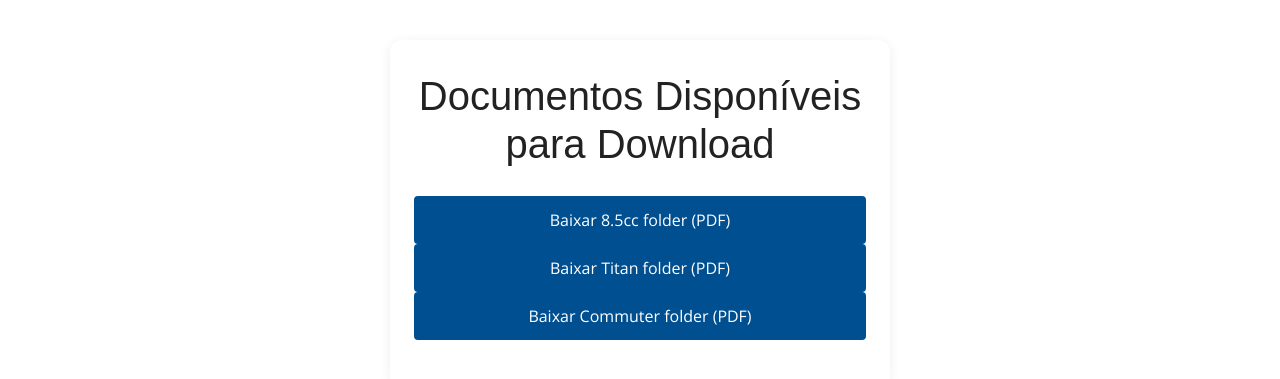
Repository: JamesOliveira1/Project-MastroWebSite
Page: assets/contents/documents.html
The author's editor kept a copy of each file at every save. The page is drawn from the files as they stood at one save, then again after the next save.
The browser window is 1280 px wide. The pictures show the whole page.
Some web fonts or font styles are not loaded; a fallback is used.

Above is the page before, as saved 2025-06-30 13:27:20.

After the next save:
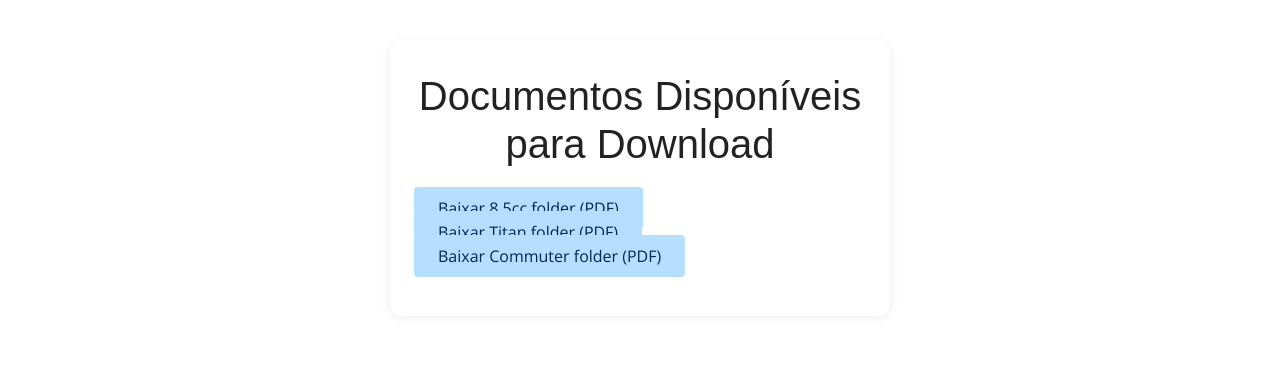
Saved 51 s later.
--- a/assets/contents/documents.html
+++ b/assets/contents/documents.html
@@ -39,6 +39,18 @@
             list-style: none;
             padding: 0;
         }
+        #botaodocumentlist {
+            background: #b6dfff;
+            border: 0;
+            padding: 10px 24px;
+            color: #04284d;
+            transition: 0.4s;
+            border-radius: 4px;
+        }
+        #botaodocumentlist:hover {
+            color: #fff;
+            background: #004f91;
+        }
     </style>
 </head>
 <body>
@@ -46,17 +58,17 @@
         <h1>Documentos Disponíveis para Download</h1>
         <ul class="documents-list">
             <li>
-                <a href="./85cc.pdf" download class="btn btn-primary btn-large botaoorçarmento nav-link scrollto" role="button">
+                <a href="./85cc.pdf" download id="botaodocumentlist" role="button">
                     Baixar 8.5cc folder (PDF)
                 </a>
             </li>
             <li>
-                <a href="./titancc.pdf" download class="btn btn-primary btn-large botaoorçarmento nav-link scrollto" role="button">
+                <a href="./titancc.pdf" download id="botaodocumentlist" role="button">
                     Baixar Titan folder (PDF)
                 </a>
             </li>
             <li>
-                <a href="./commuter.pdf" download class="btn btn-primary btn-large botaoorçarmento nav-link scrollto" role="button">
+                <a href="./commuter.pdf" download id="botaodocumentlist" role="button">
                     Baixar Commuter folder (PDF)
                 </a>
             </li>
